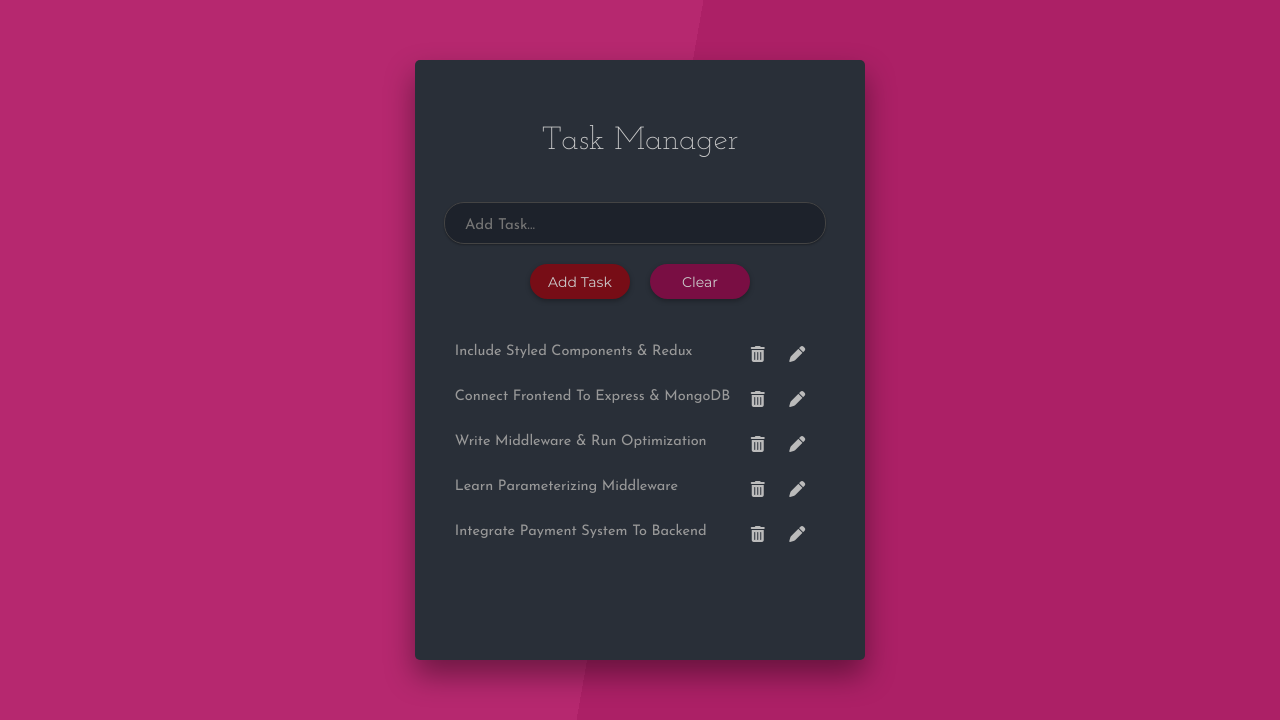
Repository: Kol124/react-task-manager
Page: /
These files come from the project's save history. The page is drawn as it stood at one moment and after the next save; the edit follows.
The browser window is 1280 px wide. The pictures show the whole page.
Some web libraries are served in a nearby version. The project was rebuilt for these pictures with package versions that can differ from the ones it lists, and the page was loaded fresh each time.

Above is the page before, as saved 2021-06-22 18:29:07.

After the next save:
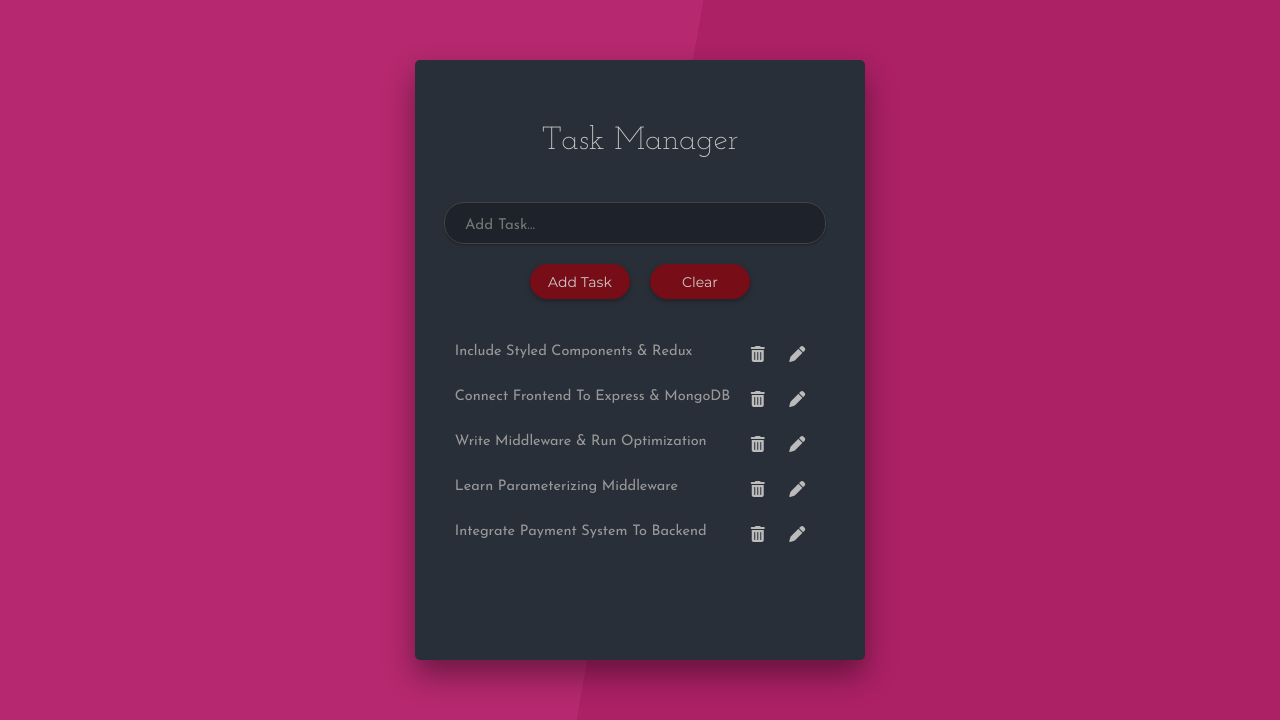
Saved 39 s later.
--- a/src/App.css
+++ b/src/App.css
@@ -146,7 +146,7 @@
 .clear-btn {
   width: 100px;
   height: 35px;
-  background-color: #790e43;
+  background-color: #770d16;
   color: #ccc;
   border: none;
   font-family: "Montserrat", sans-serif;
